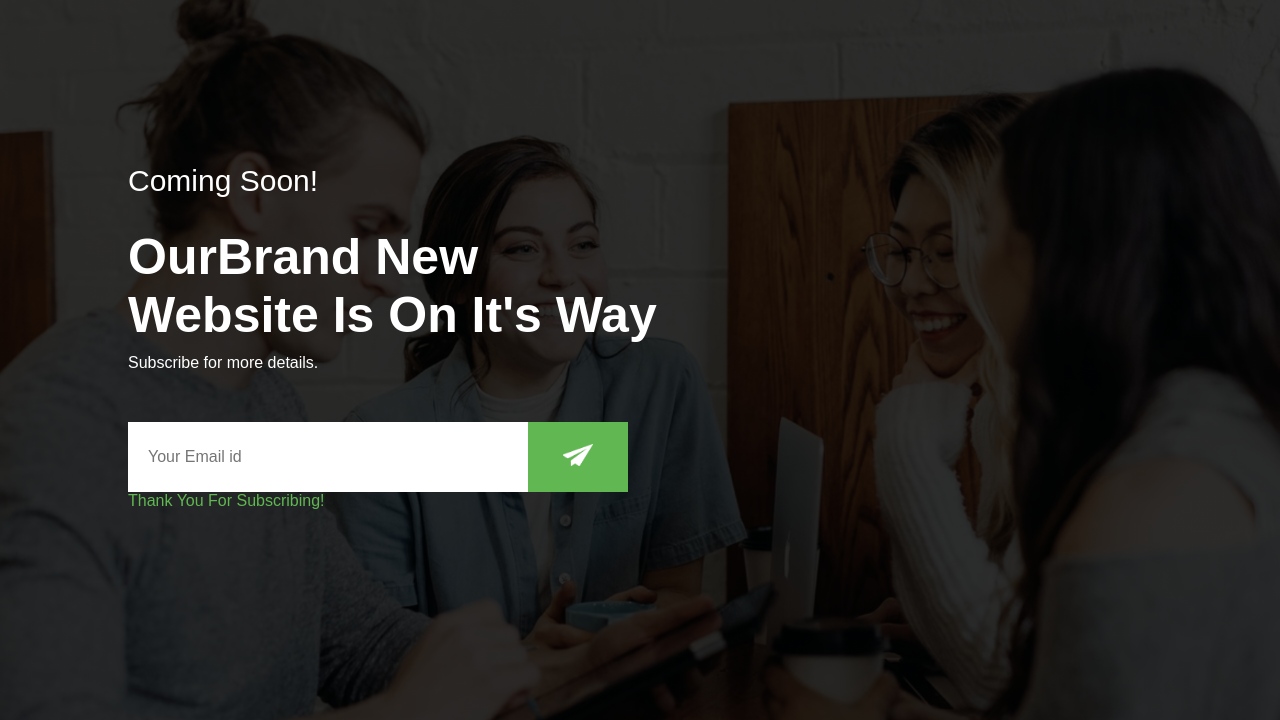
Repository: AbdullahOwais-Dev/Email-Subscription
Page: index.html
These files come from the project's save history. The page is drawn as it stood at one moment and after a run of saves; the edit follows.
The browser window is 1280 px wide. The pictures show the whole page.

Above is the page before, as saved 2025-02-07 23:42:24.

### index.html
<!DOCTYPE html>
<html lang="en">
<head>
    <meta charset="UTF-8">
    <meta name="viewport" content="width=device-width, initial-scale=1.0">
    <link rel="stylesheet" href="style.css">
    <link rel="shortcut icon" href="images/icon.png" type="image/x-icon">
    <title>Email Subscription</title>
</head>
<body>

    <div class="hero">
        <h3>Coming Soon!</h3>
        <h1>OurBrand New<br>Website Is On It's Way</h1>
        <p>Subscribe for more details.</p>
        <form>
            <input type="email" name="email" placeholder="Your Email id" required>
            <button type="submit"><img src="images/send-icon.png" width="30px"></button>
        </form>
        <span>Thank You For Subscribing!</span>
    </div>


    <style>

    </style>
</body>
</html>

### style.css
*{
    margin: 0;
    padding: 0;
    box-sizing: border-box;
    font-family: 'poppins', sans-serif;
}
.hero{
    width: 100%;
    height: 100vh;
    background-image: linear-gradient(rgba(0,0,0,0.8), rgba(0,0,0,0.8)), url(images/background.png);
    background-size: cover;
    background-position: center;
    padding: 10px 10%;
    color: #fff;
}
.hero h3{
    margin-top: 15%;
    font-weight: 400;
    font-size: 30px;
}
.hero h1{
    margin-top: 30px;
    font-size: 50px;
}
.hero p{
    margin: 10px 0 50px;
}
form{
    background: #fff;
    display: flex;
    width: fit-content;
}
form input{
    border: 0;
    outline: none;
    padding: 10px 20px;
    height: 70px;
    width: 400px;
    font-size: 16px;
}
form button{
    background: #61b752;
    border: none;
    outline: none;
    height: 70px;
    width: 100px;
    cursor: pointer;
}
span{
    color: #61b752;
    mt
}

After the next 2 saves:
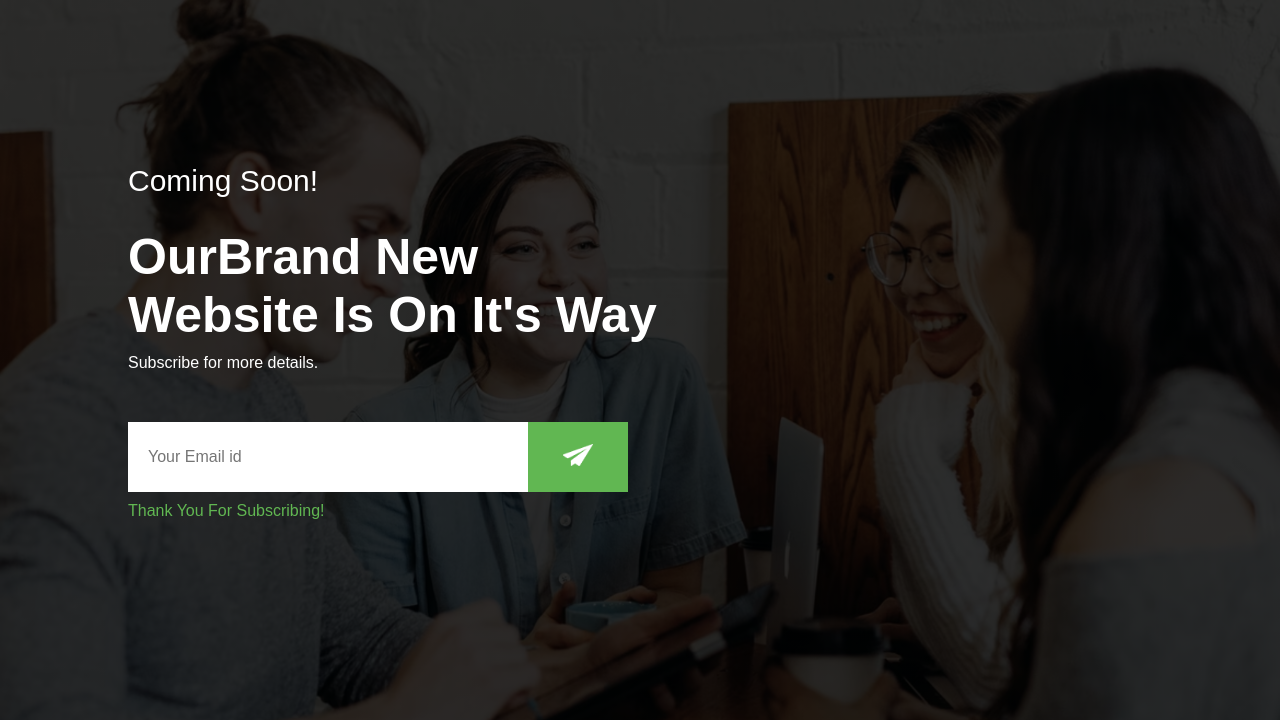
The 2 saves are shown as one change because they came seconds apart.
The last was saved 7 s later.
--- a/style.css
+++ b/style.css
@@ -48,5 +48,6 @@ form button{
 }
 span{
     color: #61b752;
-    mt
+    margin-top: 10px;
+    display: block;
 }
